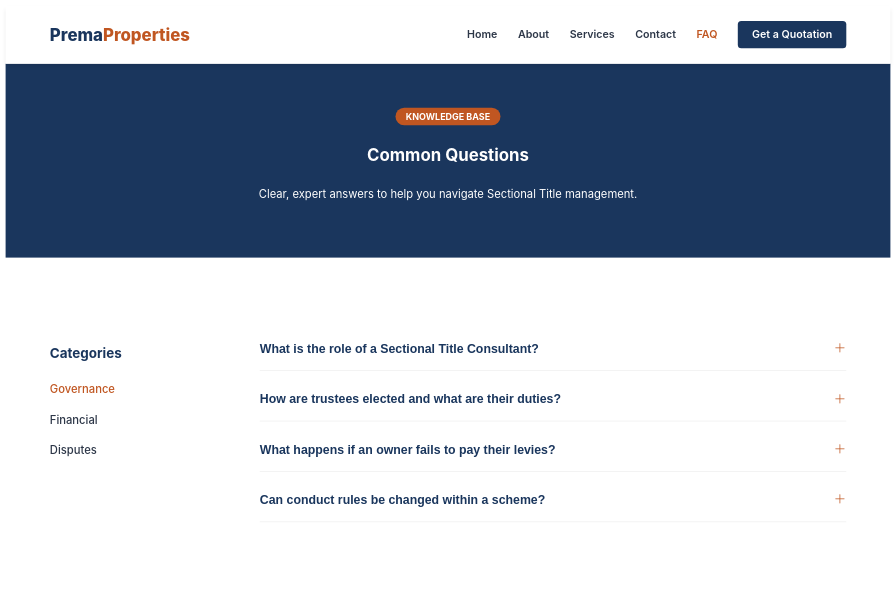
Repository: mnqobiMenzi/Prema-Properties
Page: FAQ.html
The author's editor kept a copy of each file at every save. The page is drawn from the files as they stood at one save, then again after the next save.
The browser window is 1280 px wide. The pictures show the whole page, at 70% of full size.

Above is the page before, as saved 2026-02-10 12:45:23.

After the next save:
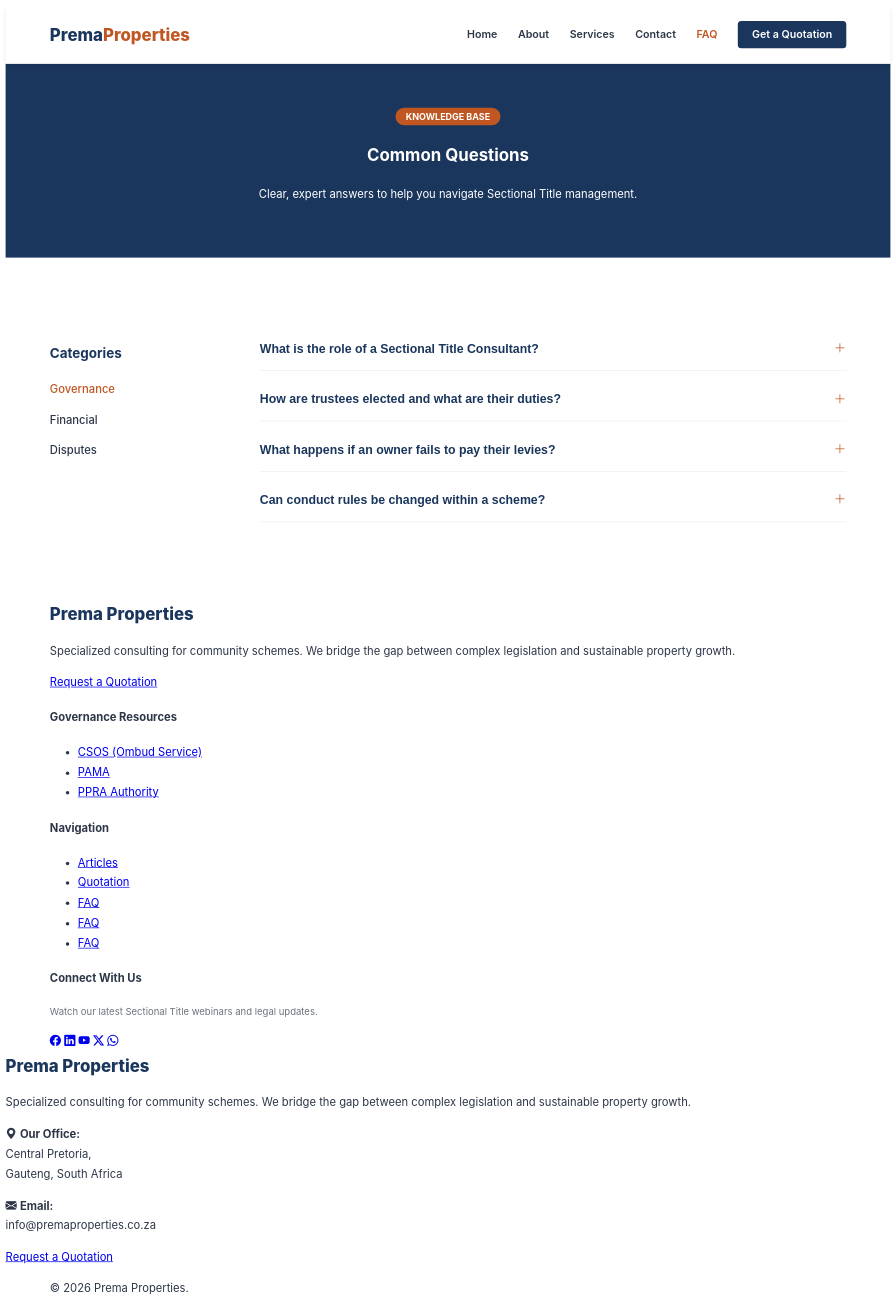
Saved 75 s later.
--- a/FAQ.html
+++ b/FAQ.html
@@ -92,6 +92,7 @@
   </section>
 
   <div id="footer-placeholder"></div>
+  <script src="JavaScript/script.js"></script>
 
   <script>
     document.querySelectorAll('.faq-question').forEach(button => {
